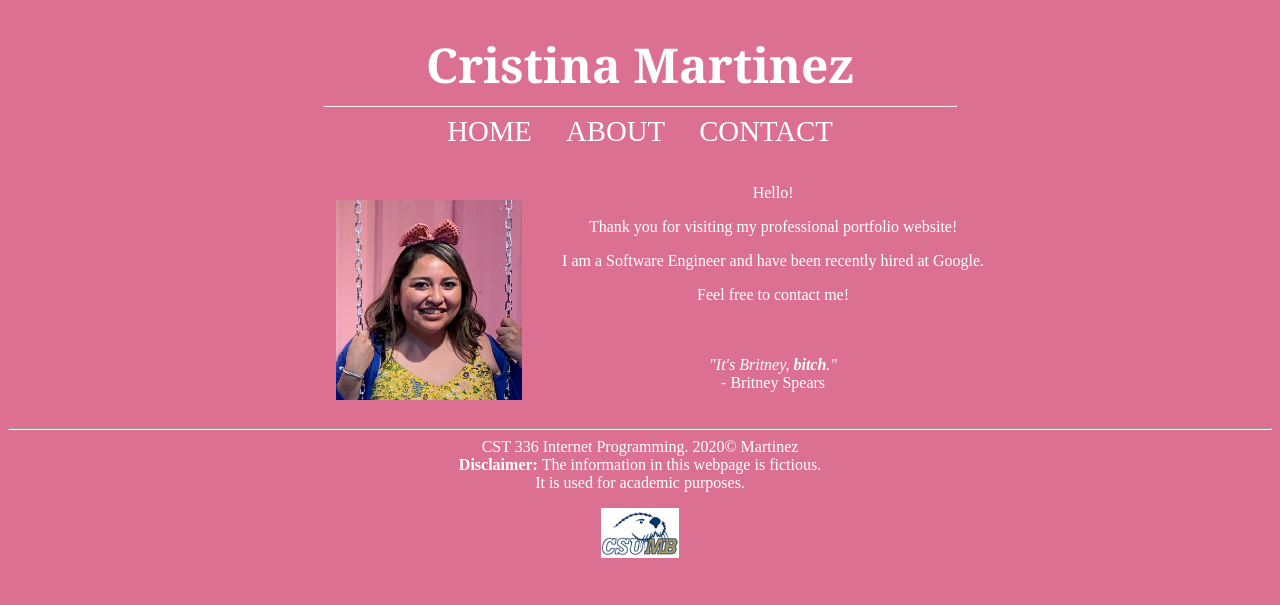
Repository: ctm93/Website1
Page: index.html
The author's editor kept a record of every edit. The page is drawn from the files as they stood at one moment, then again after the next edit.
The browser window is 1280 px wide. The pictures show the whole page.

Above is the page before.

After the next edit:
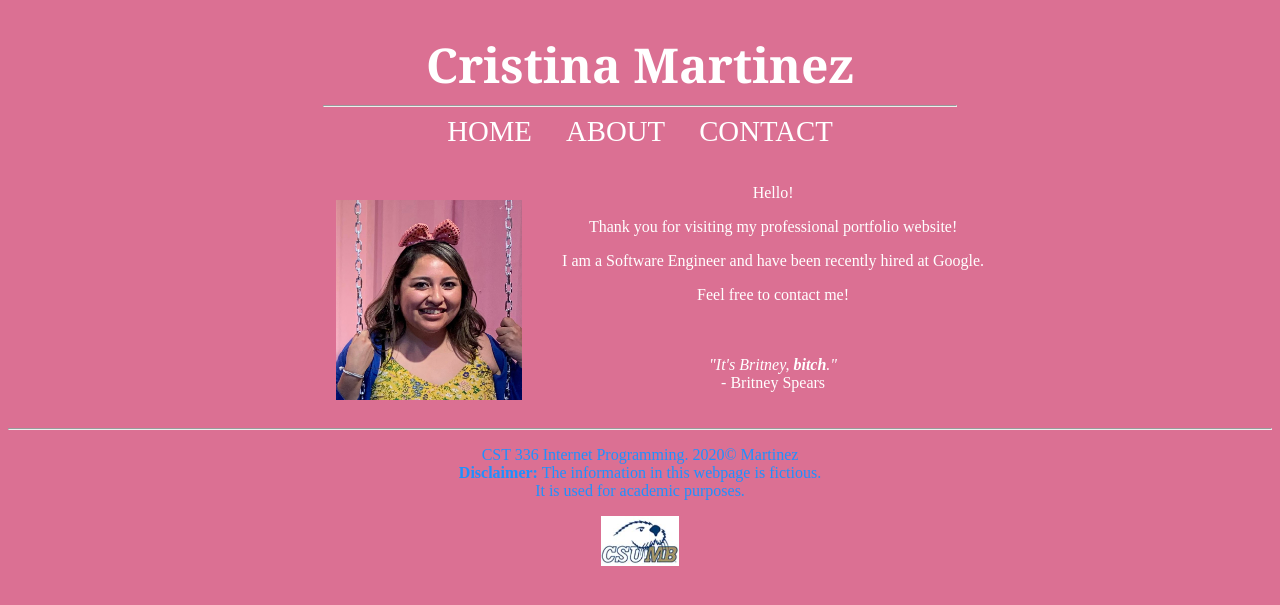
The edit:
--- a/index.html
+++ b/index.html
@@ -73,7 +73,7 @@
         <footer>
 
             <hr />
-            CST 336 Internet Programming. 2020&copy; Martinez <br />
+            <p style="color:DodgerBlue;">CST 336 Internet Programming. 2020&copy; Martinez <br />
             <Strong>Disclaimer:</Strong> The information in this webpage is fictious.
             <br /> It is used for academic purposes.
            <p><img src="img/csumblogo.JPG" alt= width="150" height="50"></p>
